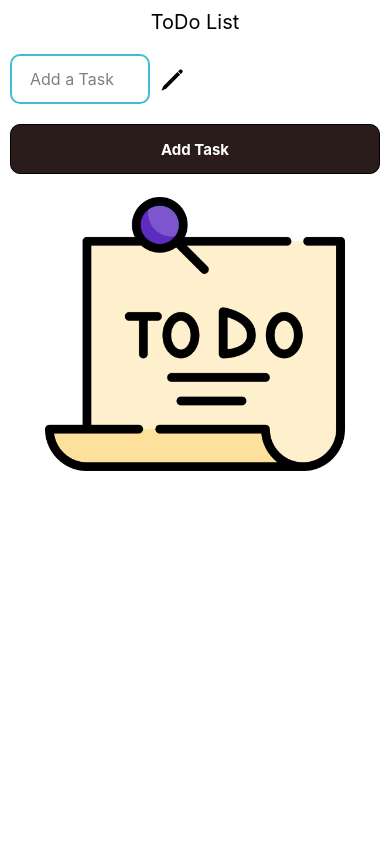
Repository: raisingh22/Projects
Screen: /
The author's editor kept a copy of each file at every save. The screen is drawn from the files as they stood at one save, then again after the next save.
The app was drawn by React Native's web renderer in a window 390 px wide. The project was rebuilt for these pictures with package versions that can differ from the ones it lists, and the page was loaded fresh each time.

Above is the screen before, as saved 2024-01-22 14:07:39.

After the next save:
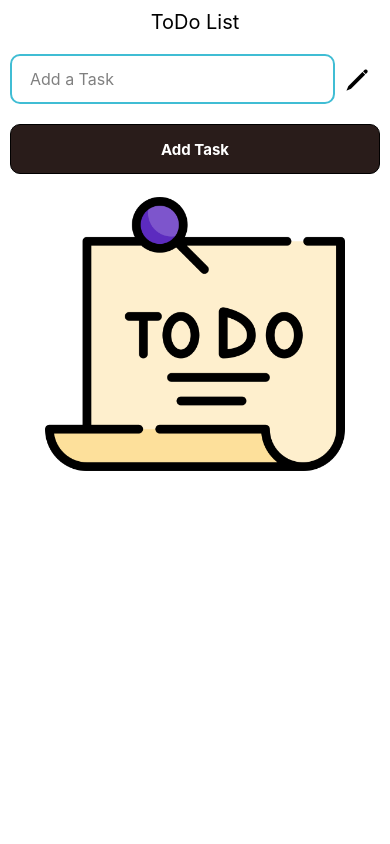
Saved 8 s later.
--- a/src/ToDoList/screens/ToDo.js
+++ b/src/ToDoList/screens/ToDo.js
@@ -69,7 +69,7 @@ const ToDo = () => {
       }}>ToDo List</Text>
       <View style={{
         flexDirection:'row',
-        width:"50%",
+        width:"100%",
         alignItems:'center',
 
       }}>
